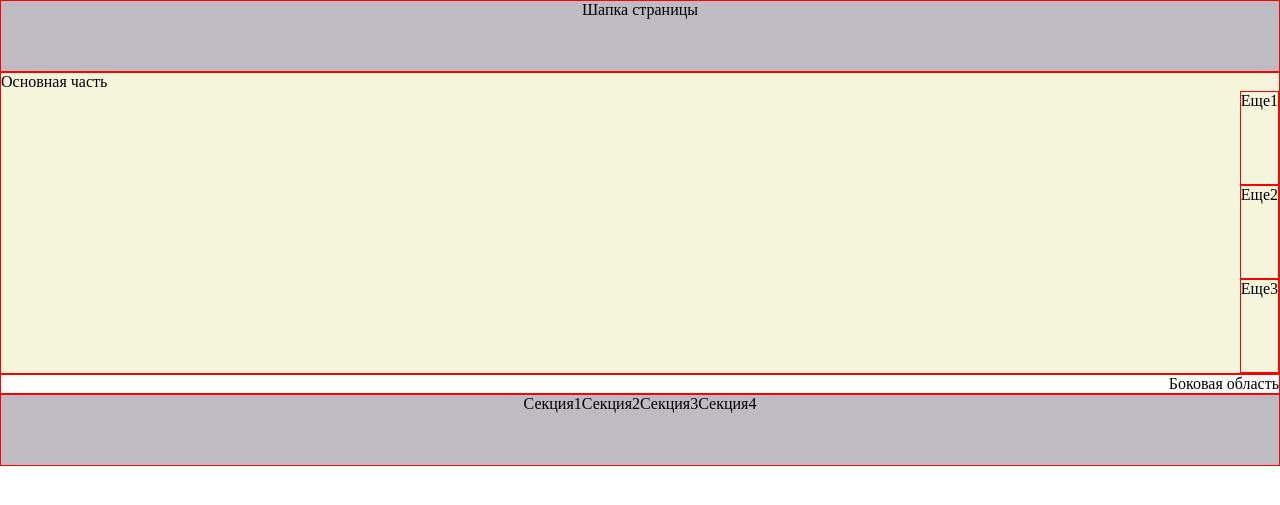
Repository: IrinaGetmanenko/week5
Page: week5/index.html
An editor plug-in stored every save of this project. The page is shown before and after the next save, followed by the edit.
The browser window is 1280 px wide. The pictures show the whole page.

Above is the page before, as saved 2022-08-28 17:30:33.

### week5/index.html
<!DOCTYPE html>
<html lang="en">
<head>
    <meta charset="UTF-8">
    <meta http-equiv="X-UA-Compatible" content="IE=edge">
    <meta name="viewport" content="width=device-width, initial-scale=1.0">
    <link rel="stylesheet" href="normalize.css">
    <title>Document</title>
    <style>
    .container{
        display: flex;
        justify-content: center;
        flex-wrap: wrap;

    }

    .h1{
        display: flex;
        justify-content: center;
        border: 1px solid red;
        height: 70px;
        background-color: #bfbbc3;
    }

    .container-2{
        display: flex;
        flex-direction: column;
        border: 1px solid red;
        background-color: beige;
        height: 300px;
        flex-wrap: wrap;

    }
    .section1{
        flex: auto;
        border: 1px solid red;
        align-self: flex-end;
        height: 20%;

    }
    .section2{
        flex: auto;
        border: 1px solid red;
        align-self: flex-end;
        height: 20%;
    }

    .section3{
        flex: auto;
        border: 1px solid red;
        align-self: flex-end;
        height: 20%;
    }
    .aside{
        display: flex;
        justify-content: flex-end;
        border: 1px solid red;


    }
    .footer{
        display: flex;
        justify-content: center;
        border: 1px solid red;
        height: 70px;
        background-color: #bfbbc3;
    }

    </style>
</head>
<body class="container-1">
    <header class="h1" >Шапка страницы</header>

<main>
<main class="container-2">Основная часть
<main class="section1">Eще1</main>
<main class="section2">Еще2</main>
<main class="section3">Еще3</main>
</main>
<aside class="aside">Боковая область</aside>
</main>

<footer class="footer">
       <footer class="f1">Секция1</footer>
       <footer class="f1">Секция2</footer>
       <footer class="f1">Секция3</footer>
       <footer class="f1">Секция4</footer>
</footer>

</body>
</html>

Loaded but not shown: week5/normalize.css (library)

After the next save:
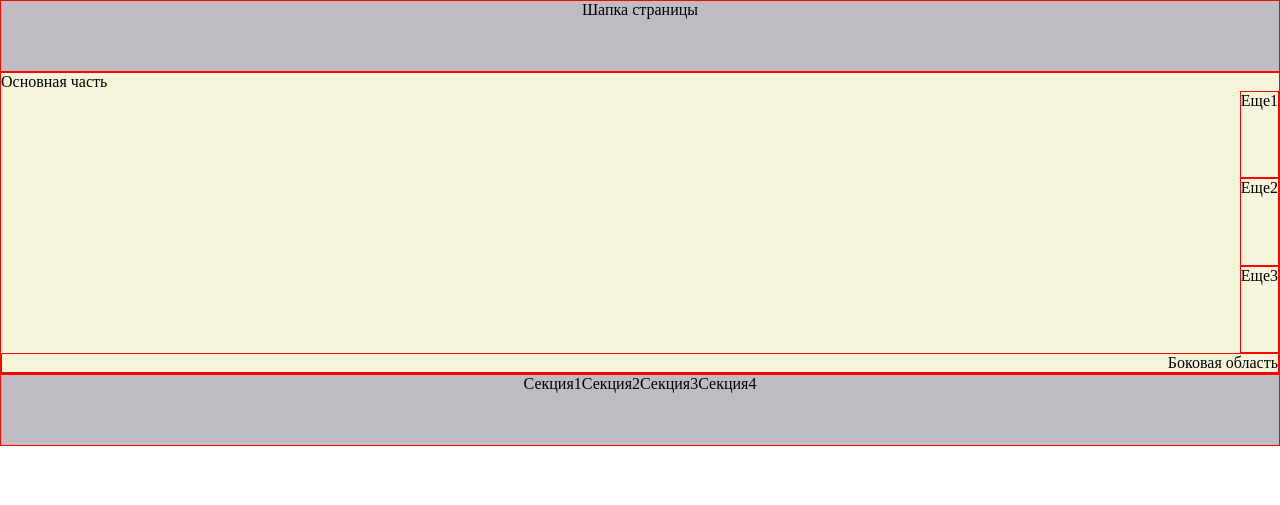
Saved 31 s later.
--- a/week5/index.html
+++ b/week5/index.html
@@ -76,8 +76,9 @@
 <main class="section1">Eще1</main>
 <main class="section2">Еще2</main>
 <main class="section3">Еще3</main>
+<aside class="aside">Боковая область</aside>
 </main>
-<aside class="aside">Боковая область</aside>
+
 </main>
 
 <footer class="footer">
